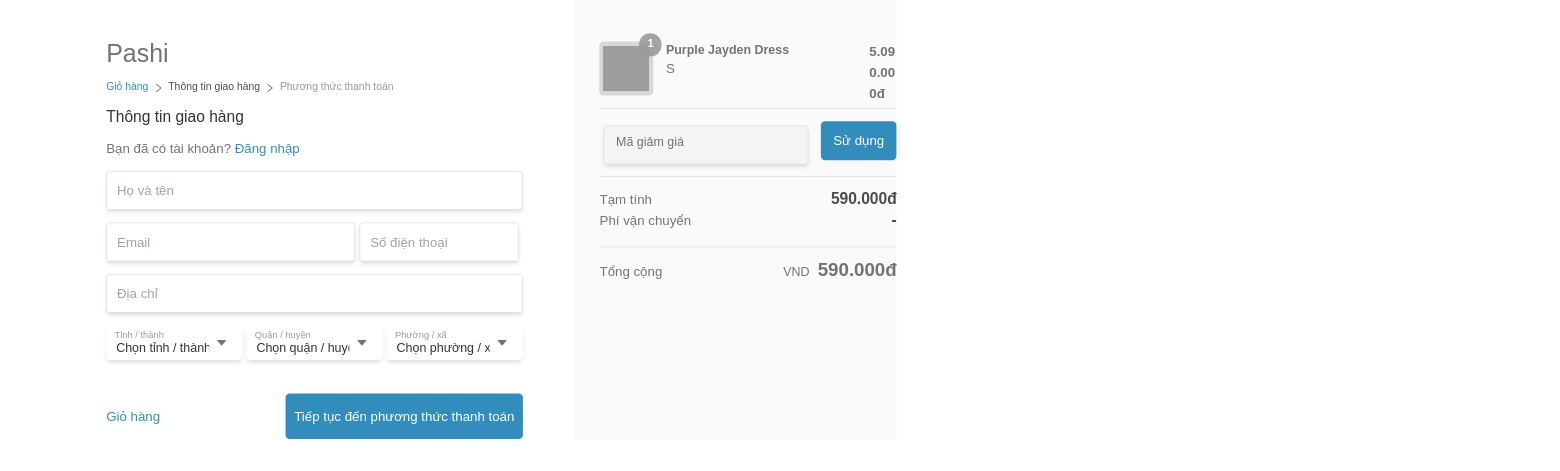
Repository: levinhky/pashi
Page: /checkout/information
The author's editor kept a copy of each file at every save. The page is drawn from the files as they stood at one save, then again after the next save.
The browser window is 1280 px wide. The page is 1859 px wide, then 1879 px, so the pictures cover 1879 px, including what lies to the right of the window. The pictures show the whole page, at 83% of full size.
Pictures or frames that could not be fetched are drawn as grey boxes. The project was rebuilt for these pictures with package versions that can differ from the ones it lists, and the page was loaded fresh each time. Also part of the build but not shown: src/components/Home/Home.module.css, src/configs/api.js, src/components/Loading/Loading.module.css, src/components/Loading/Loading.jsx, src/components/Partner/Partner.module.css, src/components/Partner/Partner.jsx, src/components/Home/Home.jsx, src/components/ProductList/ProductList.module.css and 18 more.

Above is the page before, as saved 2022-10-07 16:16:04.

After the next save:
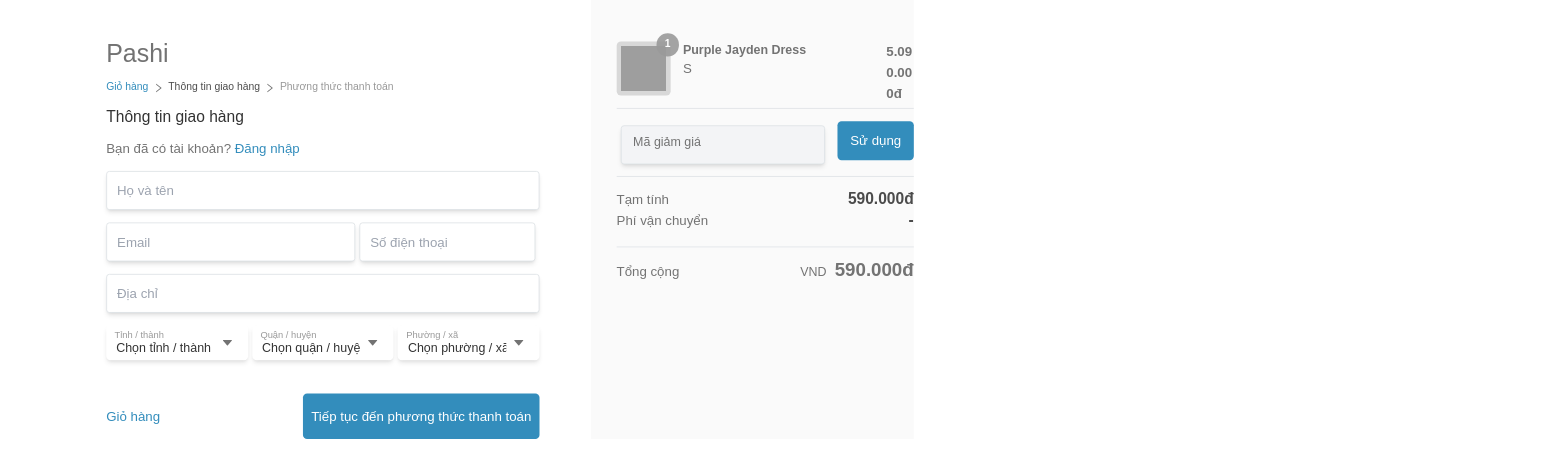
Saved 9 s later.
--- a/src/pages/CheckoutPage/CheckoutPage.jsx
+++ b/src/pages/CheckoutPage/CheckoutPage.jsx
@@ -10,7 +10,7 @@ const CheckoutPage = ({ children }) => {
 
   return (
     <div className="flex flex-row flex-[1_0_auto] py-0 px-[5%] mx-auto w-[90%] max-w-screen-xl">
-      <div className="flex flex-column w-[55%] pr-[6%] pt-20">{children}</div>
+      <div className="flex flex-column w-[57%] pr-[6%] pt-20">{children}</div>
 
       <div className="sidebar w-[38%] relative bg-[#fafafa]">
         <div className="bg-left-top block w-[300%] top-0 absolute bottom-0 -z-10 shadow-[1px_0_0_#e1e1e1_inset]"></div>
